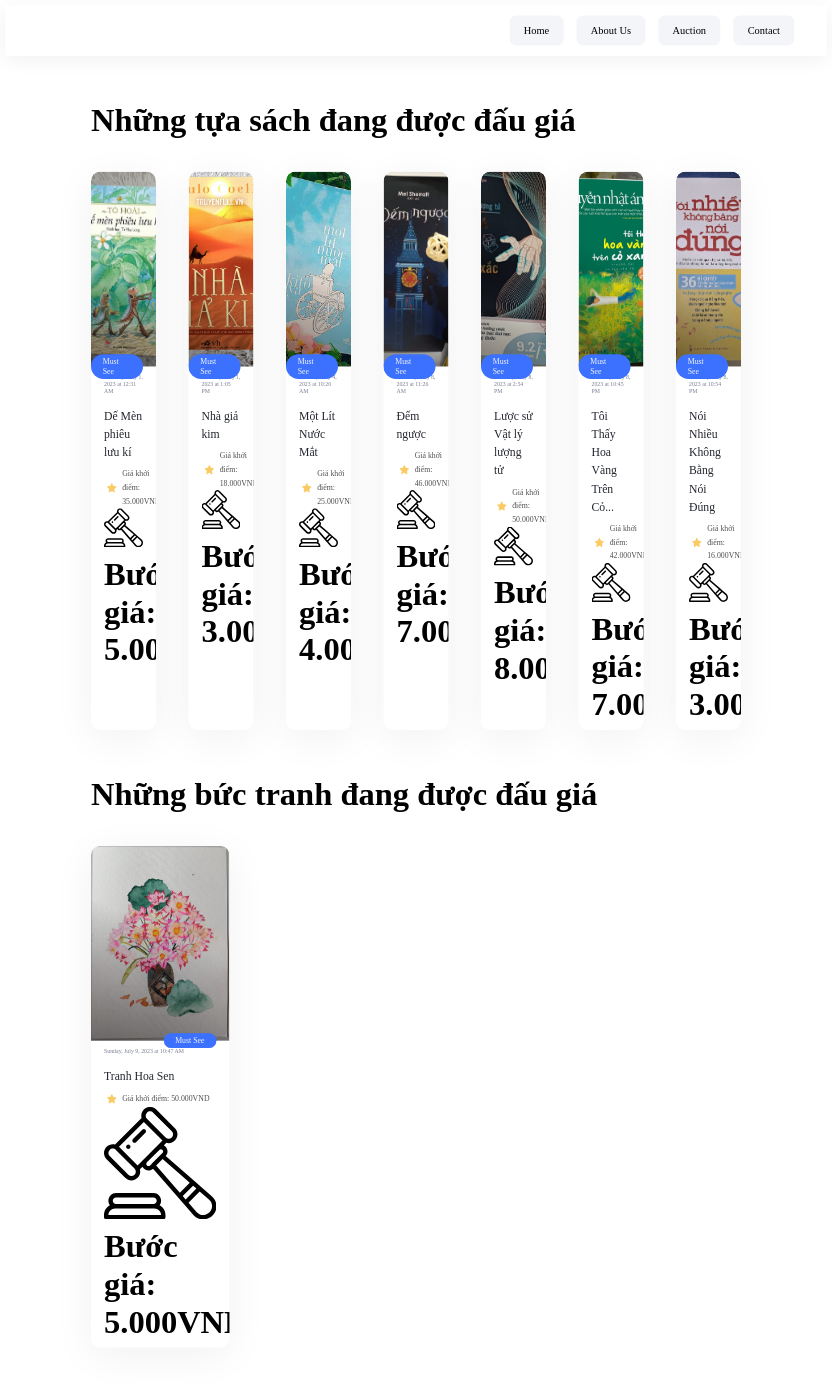
Repository: anatole24/Youth-Smile
Page: auction.html
These files come from the project's save history. The page is drawn as it stood at one moment and after the next save; the edit follows.
The browser window is 1280 px wide. The pictures show the whole page, at 65% of full size.
Some web fonts or font styles are not loaded; a fallback is used.

Above is the page before, as saved 2023-07-08 10:57:28.

After the next save:
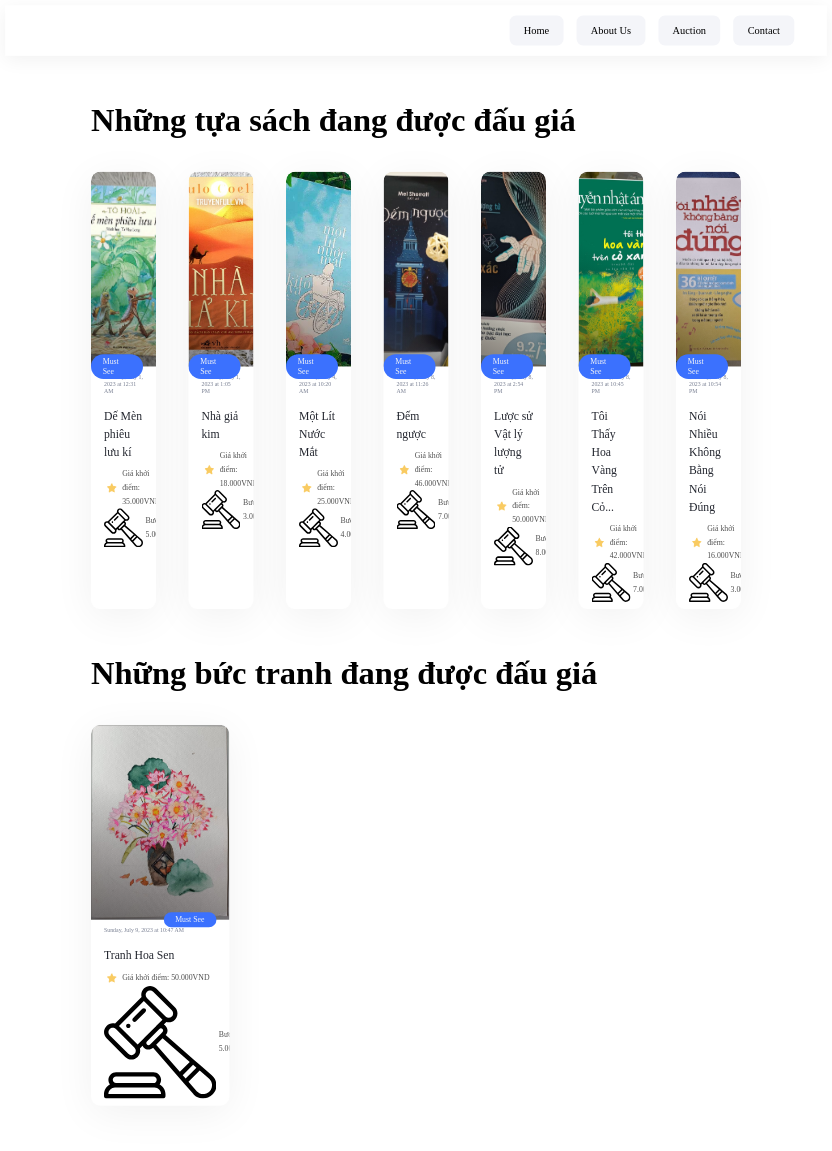
Saved 24 s later.
--- a/auction.css
+++ b/auction.css
@@ -82,6 +82,15 @@
   color: #4f4f4f;
   gap: 4px;
 }
+.auction-step {
+  display: flex;
+  align-items: center;
+  font-weight: 500;
+  font-size: 12px;
+  line-height: 175%;
+  color: #4f4f4f;
+  gap: 4px;
+}
 .auction-overlay {
   background: linear-gradient(
     24.19deg,
